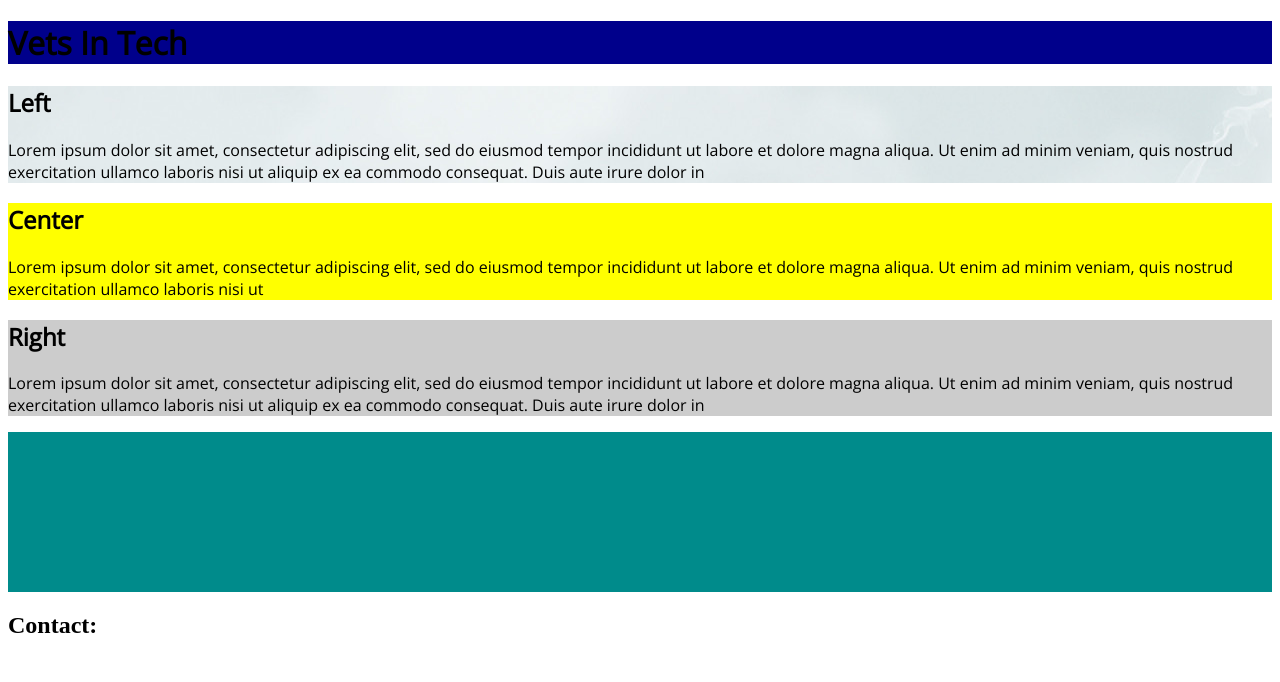
Repository: 3EyEdRav3n/10-2020-cohort-course
Page: week-1/Week-1 Assignment/index.html
These files come from the project's save history. The page is drawn as it stood at one moment and after the next save; the edit follows.
The browser window is 1280 px wide. The pictures show the whole page.

Above is the page before, as saved 2020-11-01 20:48:08.

After the next save:
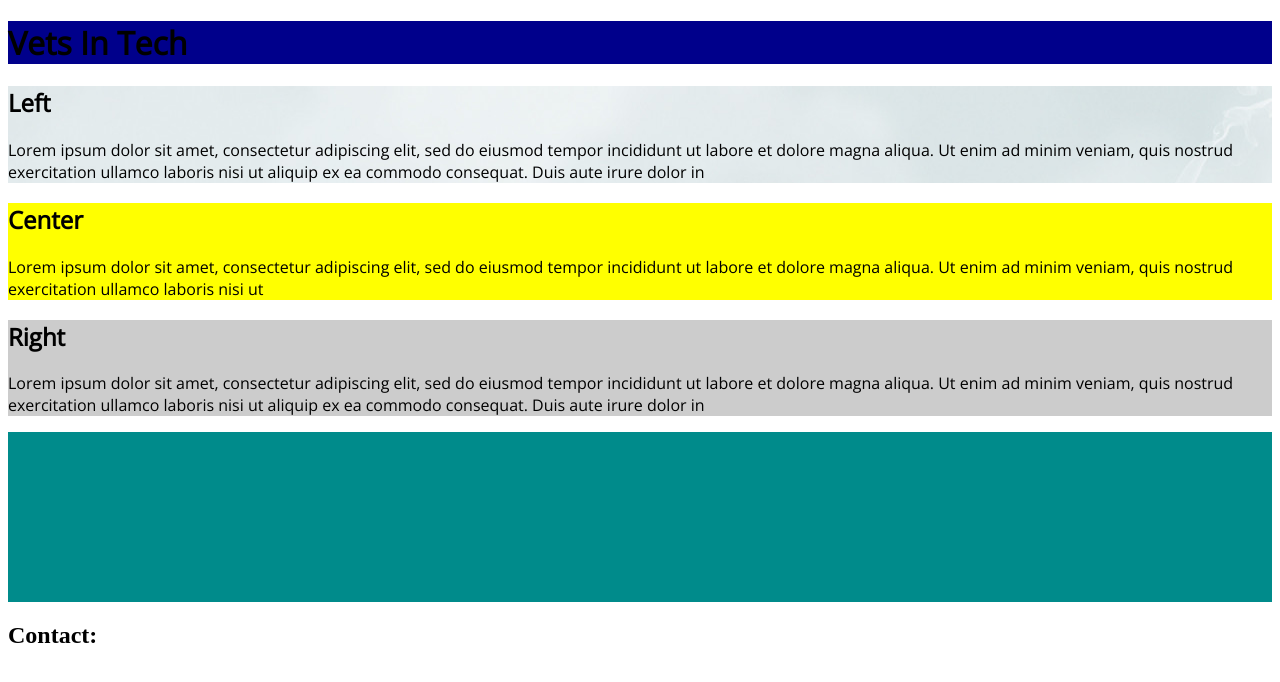
Saved 30 s later.
--- a/week-1/Week-1 Assignment/styles.css
+++ b/week-1/Week-1 Assignment/styles.css
@@ -23,7 +23,8 @@
         background-color: darkcyan;
         text-align: center;
         height: 10rem;
-
+        padding-top: 10px;
+        box-sizing: boarderbox;
 }
 
 

After the 2 saves that followed:
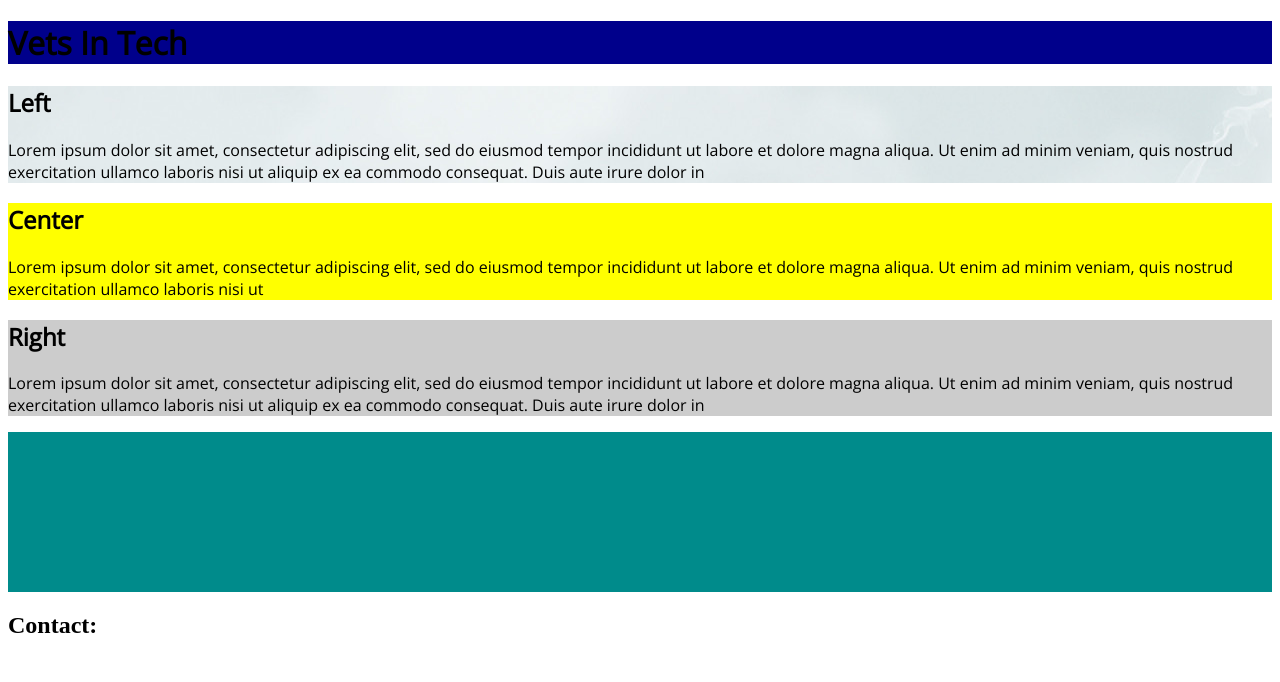
The 2 saves are shown as one change because 1 left the picture as it was.
The last was saved 28 s later.
--- a/week-1/Week-1 Assignment/styles.css
+++ b/week-1/Week-1 Assignment/styles.css
@@ -24,7 +24,7 @@
         text-align: center;
         height: 10rem;
         padding-top: 10px;
-        box-sizing: boarderbox;
+        box-sizing: border-box;
 }
 
 
